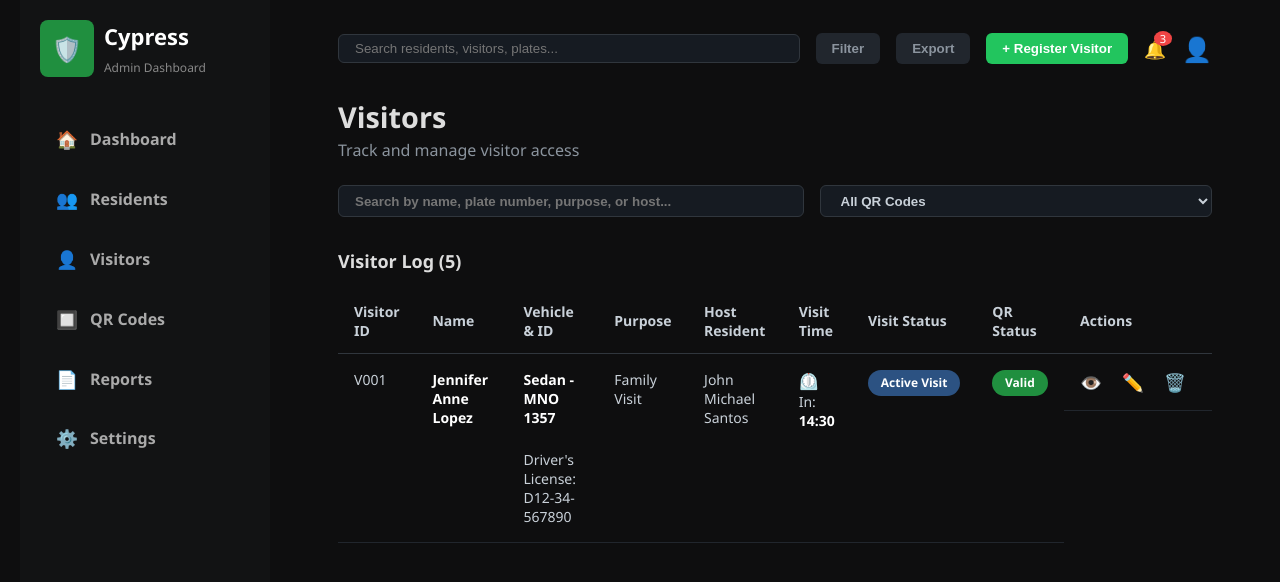
Repository: camuramon/my-project
Page: templates/admin/visitors.html
An editor plug-in stored every save of this project. The page is shown before and after the next save, followed by the edit.
The browser window is 1280 px wide. The pictures show the whole page.
The template is drawn by Flask 3. The application's start-up code is not run. The template is opened directly, without the code that normally fills it, so the values that code supplies are empty.

Above is the page before, as saved 2025-08-31 05:34:08.

After the next save:
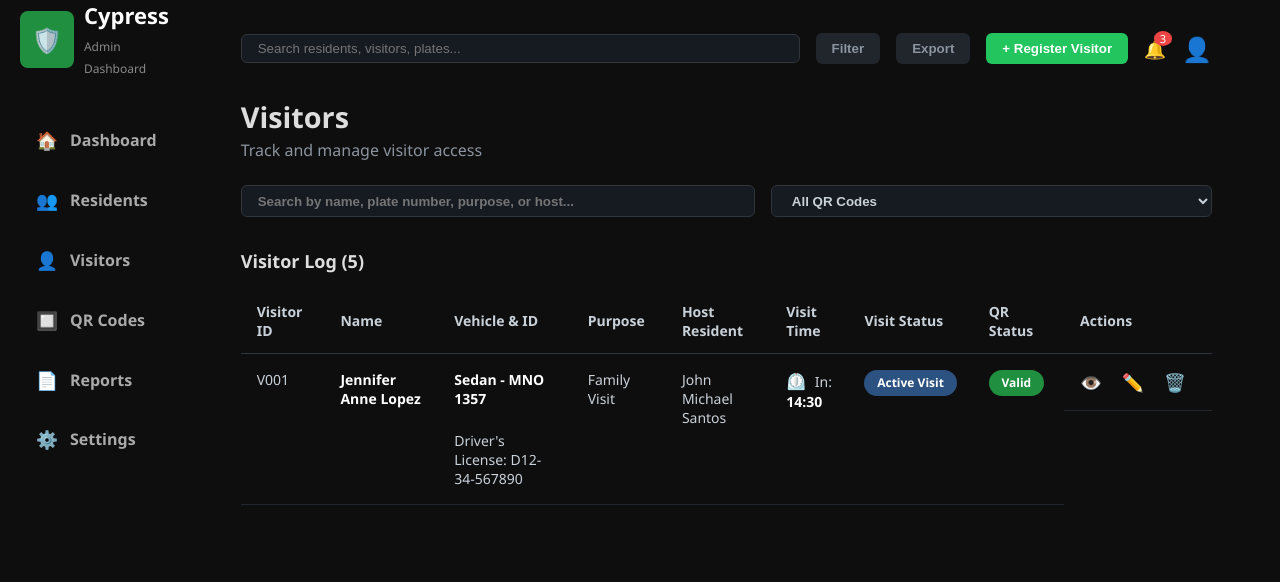
Saved 54 s later.
--- a/static/css/admin.css
+++ b/static/css/admin.css
@@ -34,13 +34,6 @@ html, body {
 /* ===========================
    SIDEBAR
 =========================== */
-.sidebar {
-    width: 250px;
-    height: 100vh;
-    background-color: #121314;
-    padding: 20px;
-    flex-shrink: 0;
-}
 
 
 .logo {
